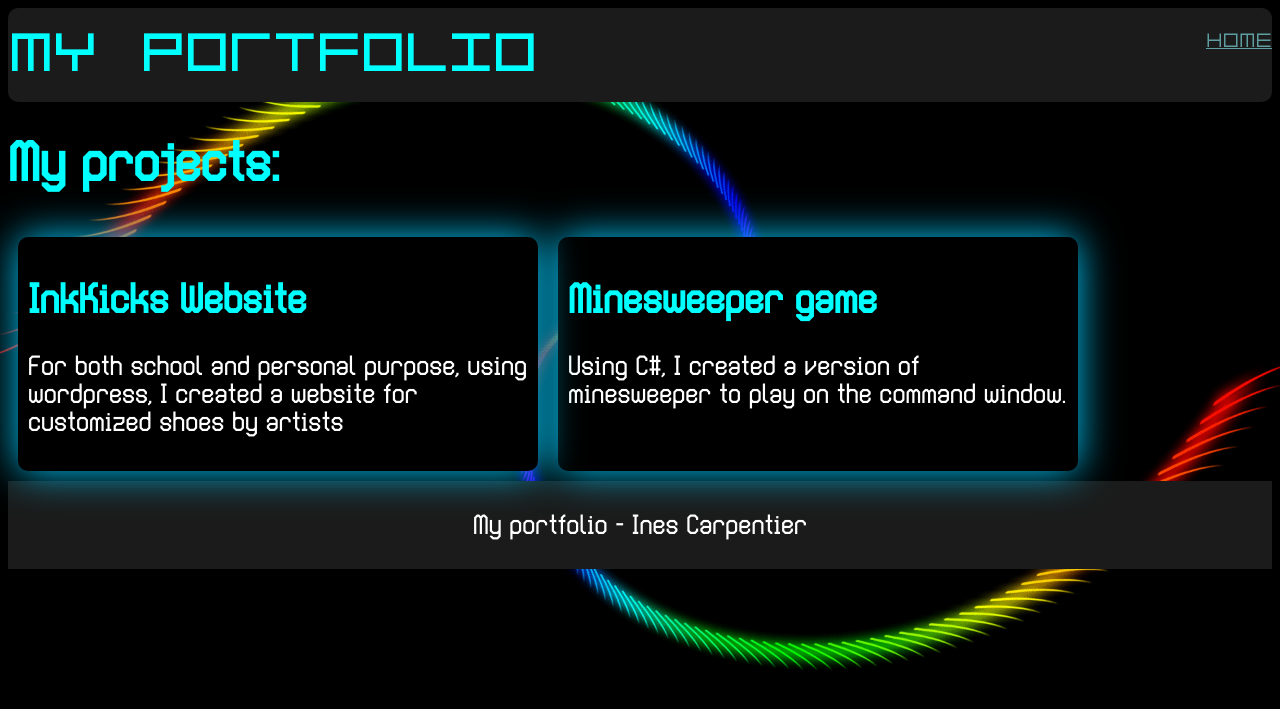
Repository: InsCarp/InsCarp
Page: InkKicks.html
The author's editor kept a copy of each file at every save. The page is drawn from the files as they stood at one save, then again after the next save.
The browser window is 1280 px wide. The pictures show the whole page.
The pointer rests on the first visible `article`.

Above is the page before, as saved 2026-05-13 21:58:17.

After the next save:
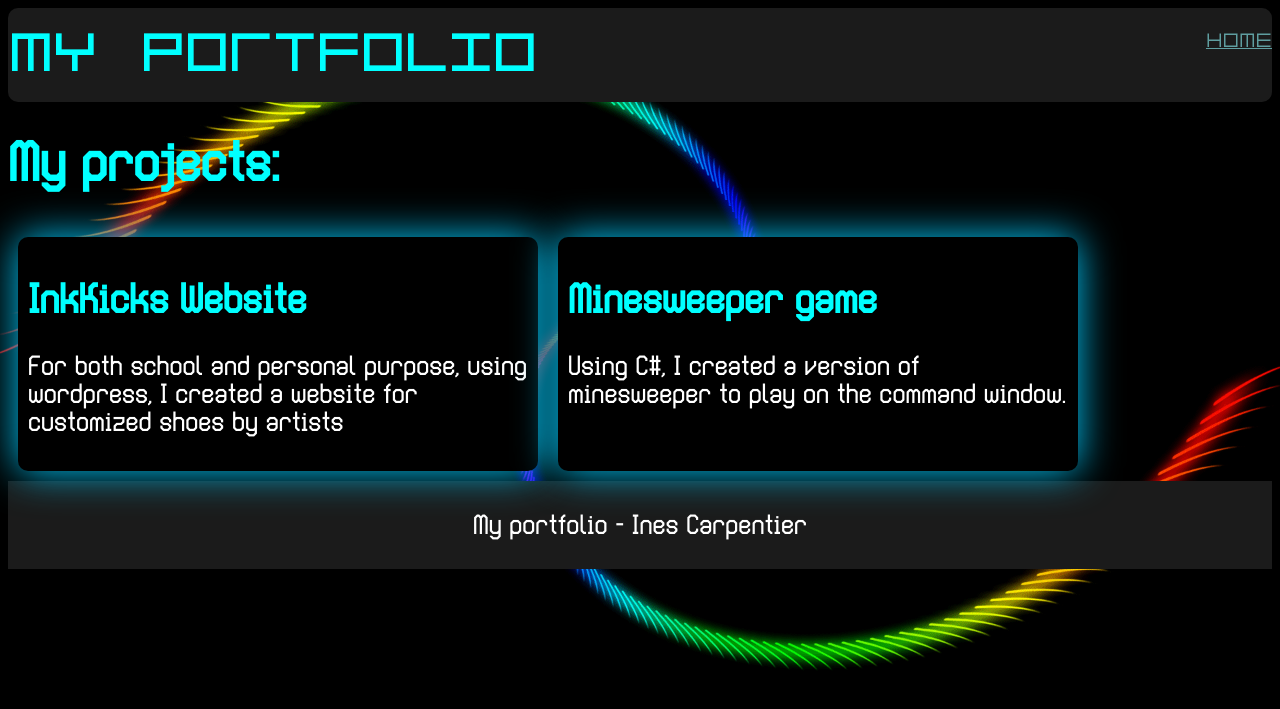
Saved 16 s later.
--- a/styles/project.css
+++ b/styles/project.css
@@ -43,9 +43,6 @@ article {
     width: 20rem;
 
 }
-article:hover{
-    animation: grow 2s;
+
 
 }
-
-}
